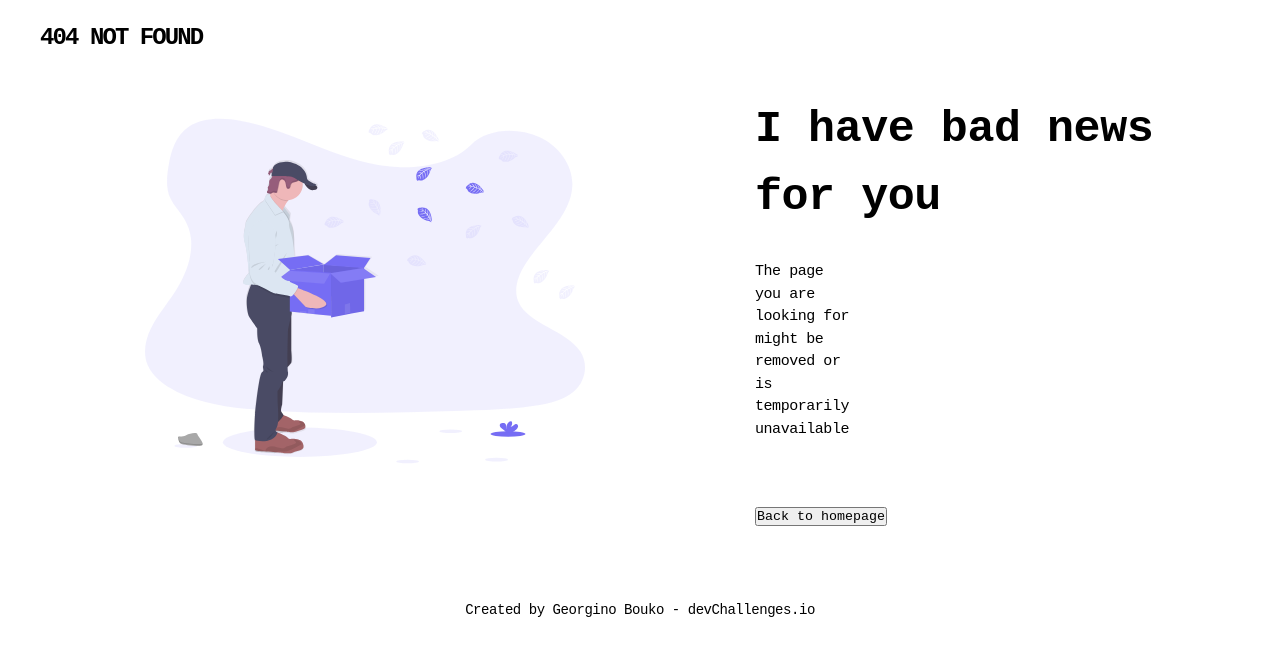
Repository: georgisenze/404-not-found-challeng
Page: index.html
The author's editor kept a copy of each file at every save. The page is drawn from the files as they stood at one save, then again after a run of saves.
The browser window is 1280 px wide. The pictures show the whole page.

Above is the page before, as saved 2023-02-21 07:16:15.

After the next 8 saves:
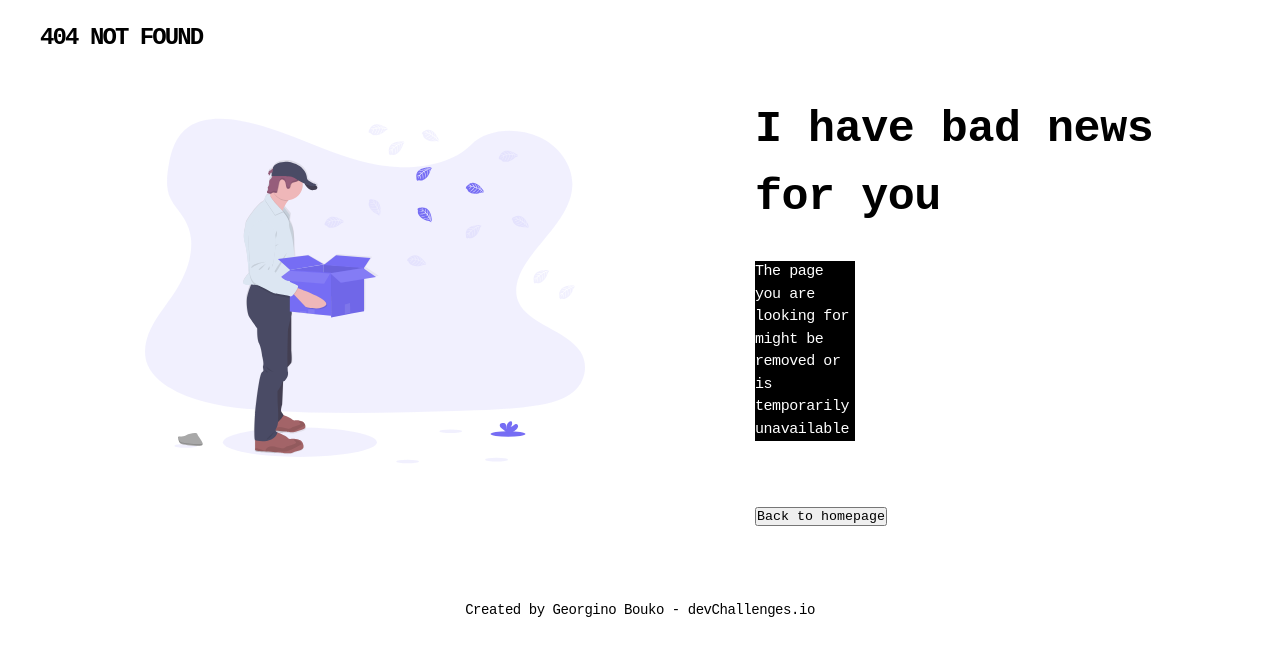
The 8 saves are shown as one change because they came seconds apart.
The last was saved 17 s later.
--- a/assets/css/style.css
+++ b/assets/css/style.css
@@ -71,7 +71,8 @@ header p {
 .col-2 p{
     width: 100px;
     font-size: 15px;
-    margin-bottom: 66px
+    background-color: black;
+    color: #fff;
 }
 
 footer{
